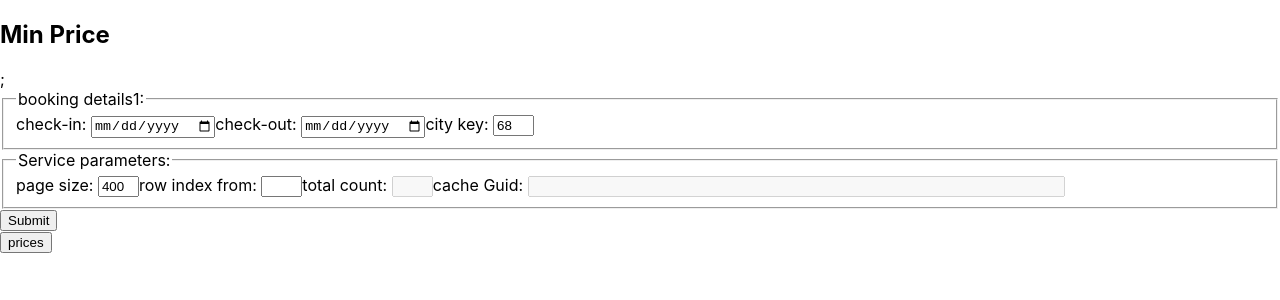
Repository: vsterev/il-test
Page: /min-price
The author's editor kept a copy of each file at every save. The page is drawn from the files as they stood at one save, then again after the next save.
The browser window is 1280 px wide. The pictures show the whole page.
The project was rebuilt for these pictures with package versions that can differ from the ones it lists, and the page was loaded fresh each time. A package was used in the major version that the imports need, not the one package.json lists. Also part of the build but not shown: src/components/error/index.jsx.

Above is the page before, as saved 2021-04-27 12:13:14.

After the next save:
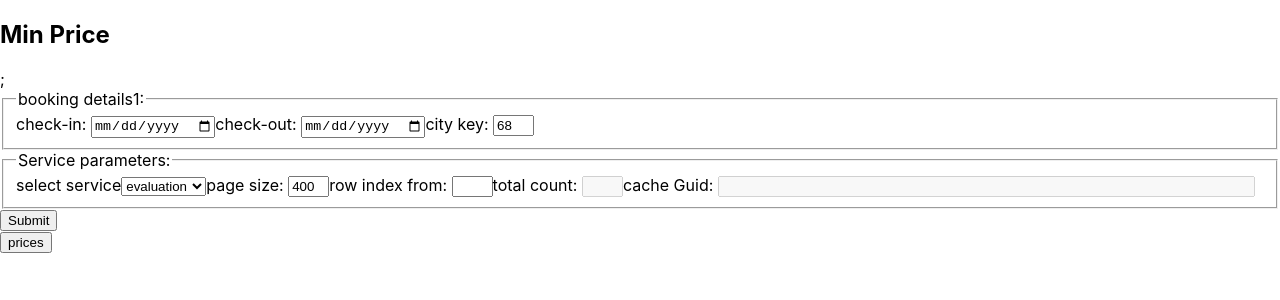
Saved 6 h 43 min later.
--- a/src/components/minPrice/index.jsx
+++ b/src/components/minPrice/index.jsx
@@ -65,6 +65,11 @@ const MinPrice = () => {
         </fieldset>
         <fieldset>
           <legend>Service parameters:</legend>
+          <label htmlFor="service">select service</label>
+          <select id="service">
+            <option value="eval">evaluation</option>
+            <option value="prod">production</option>
+          </select>
           <label htmlFor="pageSize">page size: </label>
           <input
             type="text"
